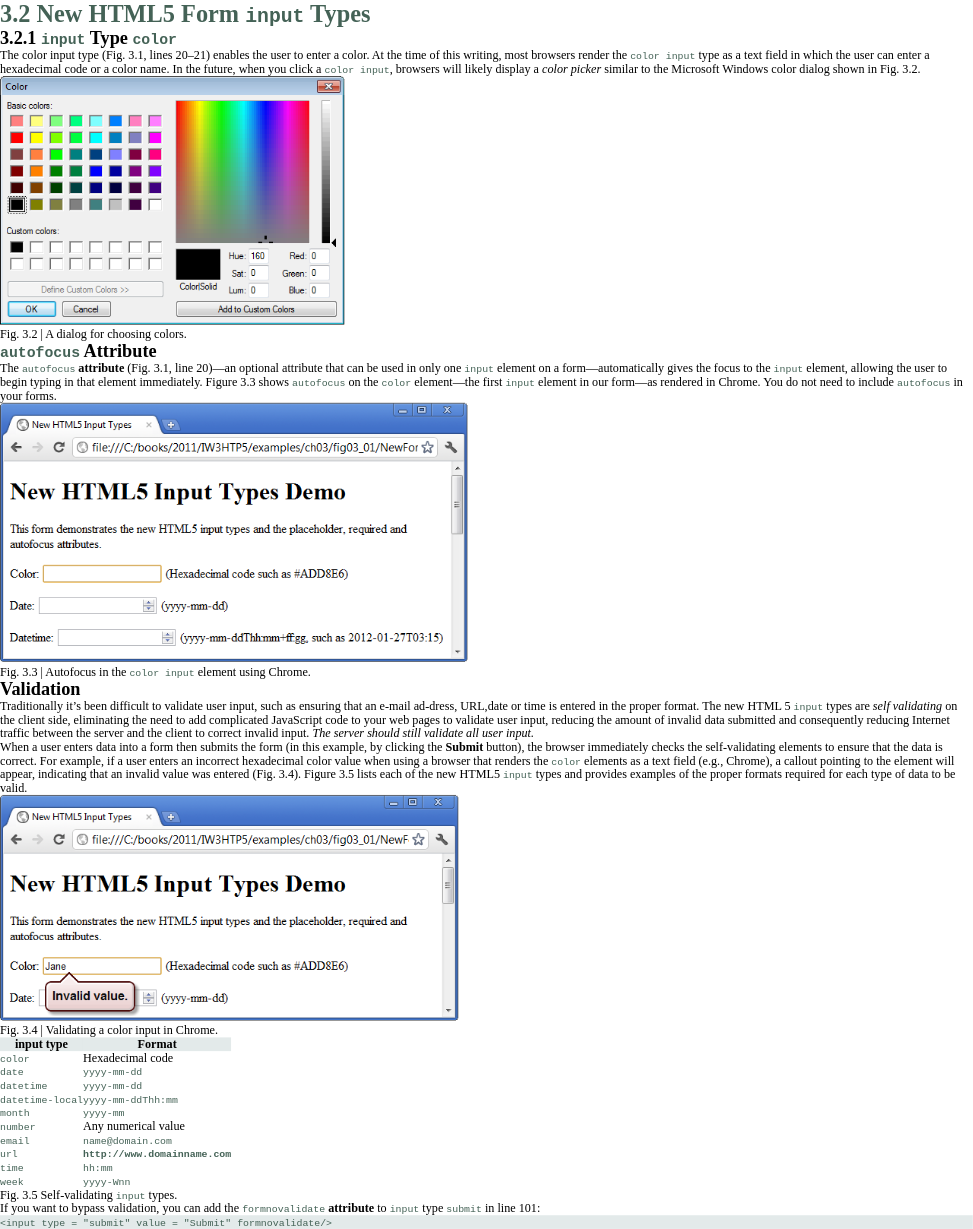
Repository: mlmEFSC21/P4-Textbook-Copy
Page: index.html
The author's editor kept a copy of each file at every save. The page is drawn from the files as they stood at one save, then again after the next save.
The browser window is 1280 px wide. The pictures show the whole page, at 76% of full size.

Above is the page before, as saved 2022-02-03 15:36:31.

### index.html
<!DOCTYPE html>
<html lang="en">
    <head>
        <meta charset="UTF-8" />
        <meta http-equiv="X-UA-Compatible" content="IE=edge" />
        <meta name="viewport" content="width=device-width, initial-scale=1.0" />
        <link rel="stylesheet" href="bookStyles.css" />
        <title>Laying Out Book Pages</title>
    </head>
    <header>
        <h1>3.2 New HTML5 Form <code>input</code> Types</h1>
    </header>
    <body>
        <section class="color-input-type">
            <header>
                <h2>3.2.1 <code>input</code> Type <code>color</code></h2>
            </header>
            <p>
                The color input type (Fig. 3.1, lines 20–21) enables the user to enter a color. At
                the time of this writing, most browsers render the <code>color input</code> type as
                a text field in which the user can enter a hexadecimal code or a color name. In the
                future, when you click a <code>color input</code>, browsers will likely display a
                <em>color picker</em> similar to the Microsoft Windows color dialog shown in Fig.
                3.2.
            </p>
            <figure>
                <img src="images\OperaColorInput.png" alt="Microsoft Windows color dialog" />
                <figcaption>Fig. 3.2 | A dialog for choosing colors.</figcaption>
            </figure>
        </section>
        <section class="autofocus-attribute">
            <header>
                <h2><code>autofocus</code> Attribute</h2>
            </header>
            <p>
                The <code>autofocus</code> <strong>attribute</strong> (Fig. 3.1, line 20)—an
                optional attribute that can be used in only one <code>input</code> element on a
                form—automatically gives the focus to the <code>input</code> element, allowing the
                user to begin typing in that element immediately. Figure 3.3 shows
                <code>autofocus</code> on the <code>color</code> element—the first
                <code>input</code> element in our form—as rendered in Chrome. You do not need to
                include <code>autofocus</code> in your forms.
            </p>
            <figure>
                <img
                    src="images\Autofocus.png"
                    alt="web page demo of autofocus on a color input field"
                />
                <figcaption>
                    Fig. 3.3 | Autofocus in the <code>color input</code> element using Chrome.
                </figcaption>
            </figure>
        </section>
        <section class="input-validation">
            <header>
                <h2>Validation</h2>
            </header>
            <p>
                Traditionally it’s been difficult to validate user input, such as ensuring that an
                e-mail ad-dress, URL,date or time is entered in the proper format. The new HTML 5
                <code>input</code> types are <em>self validating</em> on the client side,
                eliminating the need to add complicated JavaScript code to your web pages to
                validate user input, reducing the amount of invalid data submitted and consequently
                reducing Internet traffic between the server and the client to correct invalid
                input. <em>The server should still validate all user input.</em>
            </p>
            <p>
                When a user enters data into a form then submits the form (in this example, by
                clicking the <strong>Submit</strong> button), the browser immediately checks the
                self-validating elements to ensure that the data is correct. For example, if a user
                enters an incorrect hexadecimal color value when using a browser that renders the
                <code>color</code> elements as a text field (e.g., Chrome), a callout pointing to
                the element will appear, indicating that an invalid value was entered (Fig. 3.4).
                Figure 3.5 lists each of the new HTML5 <code>input</code> types and provides
                examples of the proper formats required for each type of data to be valid.
            </p>
            <figure>
                <img
                    src="images\SelfValidationChrome.png"
                    alt="web page demo of validation preventing a non color input into a color input field"
                />
                <figcaption>Fig. 3.4 | Validating a color input in Chrome.</figcaption>
            </figure>
        </section>
        <section class="self-validating-types">
            <figure>
                <table class="validation-table">
                    <thead>
                        <th>input type</th>
                        <th>Format</th>
                    </thead>
                    <tr>
                        <td><code>color</code></td>
                        <td>Hexadecimal code</td>
                    </tr>
                    <tr>
                        <td><code>date</code></td>
                        <td><code>yyyy-mm-dd</code></td>
                    </tr>
                    <tr>
                        <td><code>datetime</code></td>
                        <td><code>yyyy-mm-dd</code></td>
                    </tr>
                    <tr>
                        <td><code>datetime-local</code></td>
                        <td><code>yyyy-mm-ddThh:mm</code></td>
                    </tr>
                    <tr>
                        <td><code>month</code></td>
                        <td><code>yyyy-mm</code></td>
                    </tr>
                    <tr>
                        <td><code>number</code></td>
                        <td>Any numerical value</td>
                    </tr>
                    <tr>
                        <td><code>email</code></td>
                        <td><code>name@domain.com</code></td>
                    </tr>
                    <tr>
                        <td><code>url</code></td>
                        <td>
                            <a href="http://www.domainname.com"
                                ><code>http://www.domainname.com</code></a
                            >
                        </td>
                    </tr>
                    <tr>
                        <td><code>time</code></td>
                        <td><code>hh:mm</code></td>
                    </tr>
                    <tr>
                        <td><code>week</code></td>
                        <td><code>yyyy-Wnn</code></td>
                    </tr>
                </table>
                <figcaption>Fig. 3.5 Self-validating <code>input</code> types.</figcaption>
            </figure>
            <aside>
                <p>
                    If you want to bypass validation, you can add the <code>formnovalidate</code>
                    <strong>attribute</strong> to <code>input</code> type <code>submit</code> in
                    line 101:
                </p>
                <div class="form-no-val">
                    <code>&lt;input type = "submit" value = "Submit" formnovalidate/&gt;</code>
                </div>
            </aside>
        </section>
    </body>
</html>

### bookStyles.css
:root {
    --clr-prime: #;
    --clr-background-accent: rgba(70, 114, 115, 0.15);
    --clr-font-links: #275b8a;
    --clr-font-prime: black;
    --clr-font-code: #446256;
    --clr-font-figcap: darkgrey;
    --clr-background: white;
}
*,
*::before,
*::after {
    margin: 0;
    padding: 0;
    box-sizing: border-box;
}
body {
    background-color: var(--clr-background);
    color: var(--clr-font-prime);
}
code,
h1 {
    color: var(--clr-font-code);
}
table {
    border-collapse: collapse;
}
a {
    color: var(--clr-font-links);
    text-decoration: none;
    font-weight: 700;
    cursor: pointer;
}
th,
div {
    background-color: rgba(70, 114, 115, 0.15);
}

After the next save:
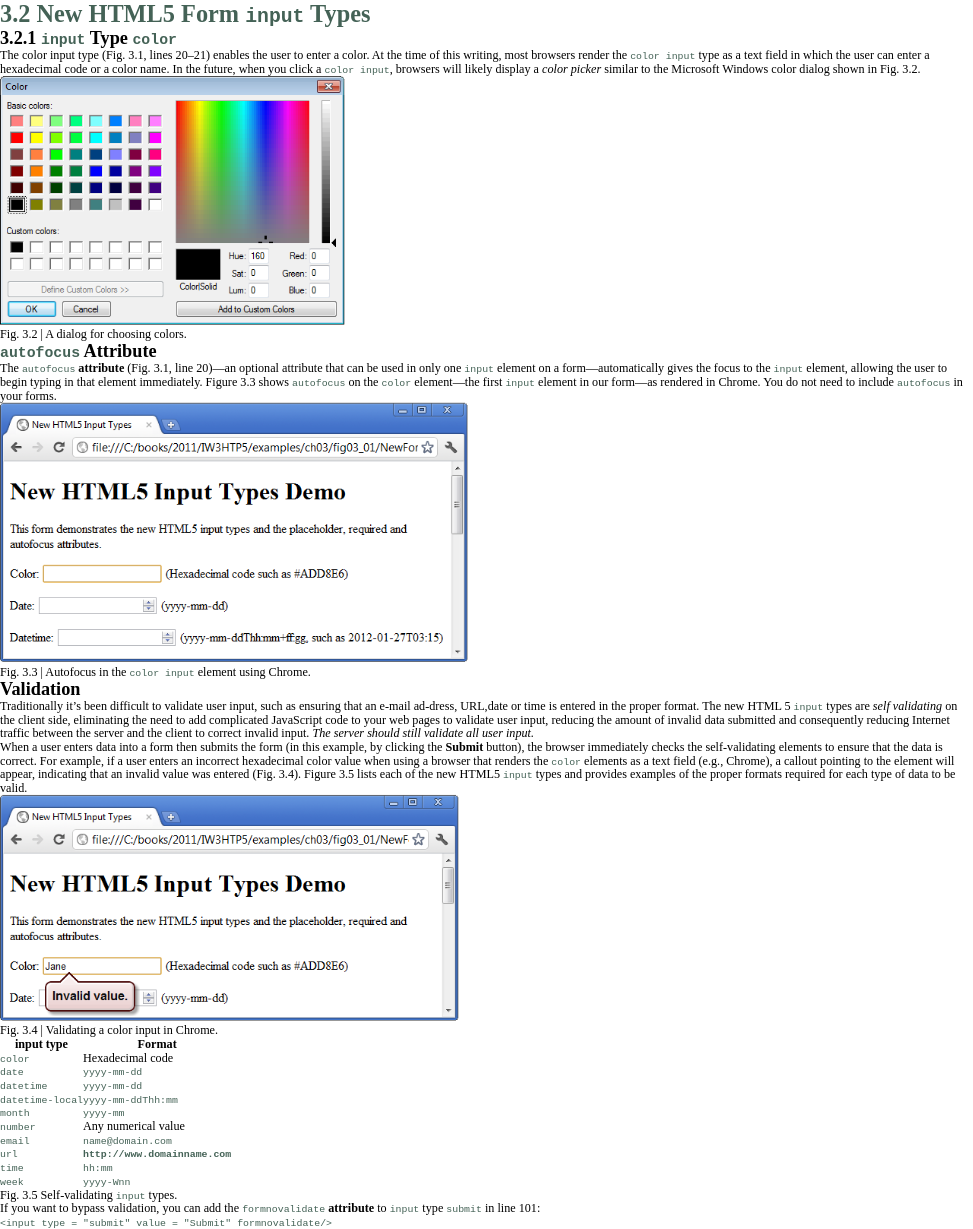
Saved 72 s later.
--- a/bookStyles.css
+++ b/bookStyles.css
@@ -33,5 +33,5 @@
 }
 th,
 div {
-    background-color: rgba(70, 114, 115, 0.15);
+    background-color: var(--clr-background-accent));
 }

After the save that followed:
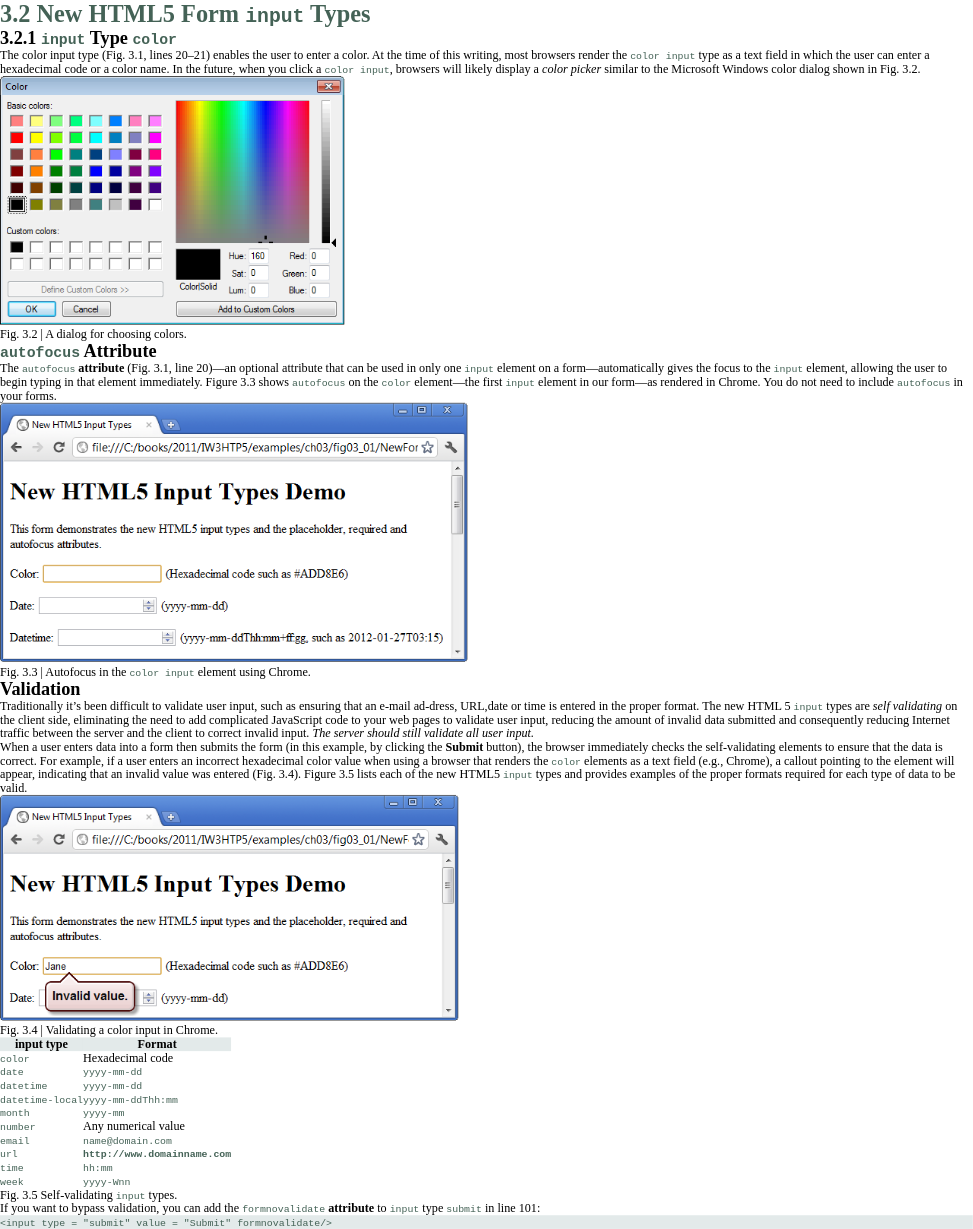
Saved 22 s later.
--- a/bookStyles.css
+++ b/bookStyles.css
@@ -33,5 +33,5 @@
 }
 th,
 div {
-    background-color: var(--clr-background-accent));
+    background-color: var(--clr-background-accent);
 }
